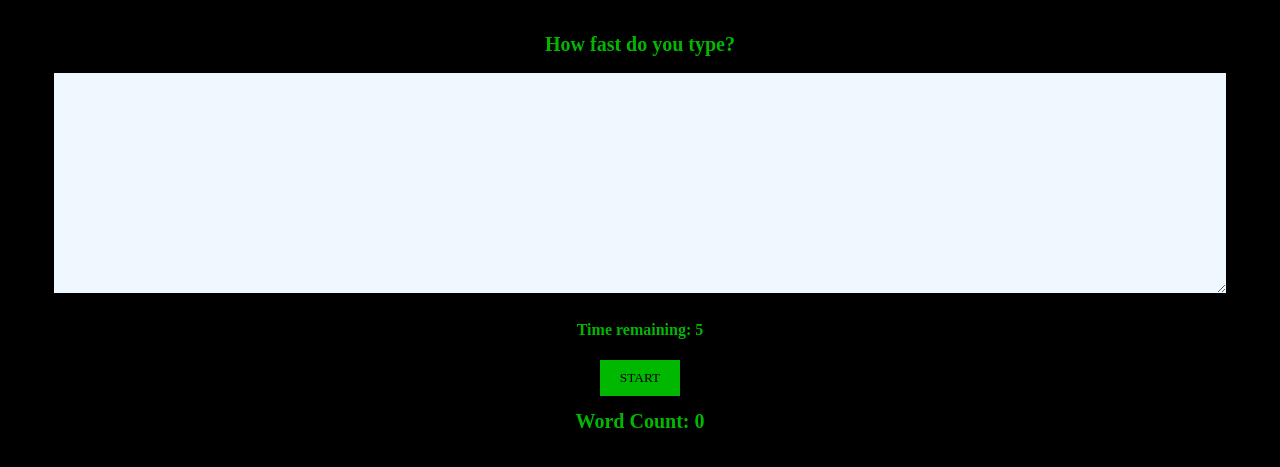
Repository: Lakshyyaa/Speed-Test
Page: /
The author's editor kept a copy of each file at every save. The page is drawn from the files as they stood at one save, then again after a run of saves.
The browser window is 1280 px wide. The pictures show the whole page.
The page's requests for data from a server got no answer. The project was rebuilt for these pictures with package versions that can differ from the ones it lists, and the page was loaded fresh each time. No one was signed in, and anything a server would have sent is missing. Also part of the build but not shown: src/Logic.js.

Above is the page before, as saved 2023-04-05 15:28:16.

After the next 2 saves:
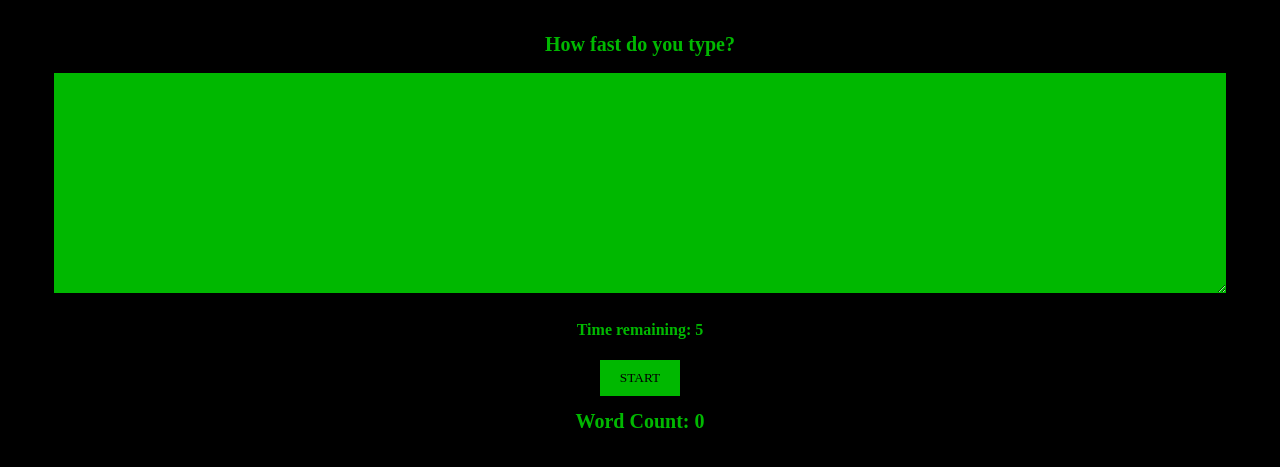
The 2 saves are shown as one change because they came seconds apart.
The last was saved 9 min 57 s later.
--- a/src/App.js
+++ b/src/App.js
@@ -39,10 +39,11 @@
       <div ref={maindiv}>
         <h1>How fast do you type?</h1>
         <textarea
-          onChange={handleChange}
-          value={text}
-          disabled={!start}
-          ref={areaRef}
+          // onChange={handleChange}
+          // value={text}
+          // disabled={!start}
+          // ref={areaRef}
+
         />
         <h4>Time remaining: {time}</h4>
         <button onClick={() => countdown()} disabled={start}>Start</button>

After the save that followed:
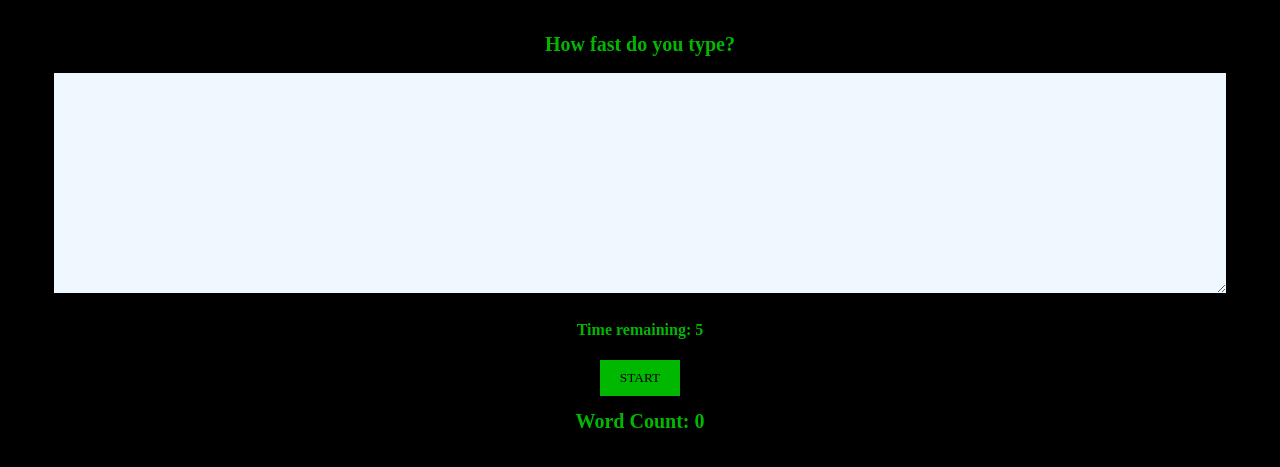
Saved 30 s later.
--- a/src/App.js
+++ b/src/App.js
@@ -39,10 +39,10 @@
       <div ref={maindiv}>
         <h1>How fast do you type?</h1>
         <textarea
-          // onChange={handleChange}
-          // value={text}
-          // disabled={!start}
-          // ref={areaRef}
+          onChange={handleChange}
+          value={text}
+          disabled={!start}
+          ref={areaRef}
 
         />
         <h4>Time remaining: {time}</h4>
